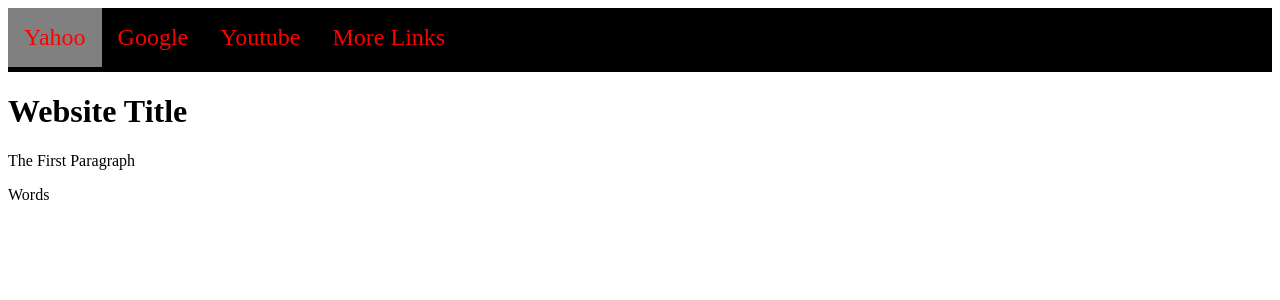
Repository: Kur0bane/Kur0bane.github.io
Page: index.html
The author's editor kept a record of every edit. The page is drawn from the files as they stood at one moment, then again after the next edit.
The browser window is 1280 px wide. The pictures show the whole page.
The pointer rests on the first visible `.navbar a`.

Above is the page before.

### index.html
<!DOCTYPE html>
<html>
<head>
    <title>Title of Page</title>

    <style>
        .navbar{
            background-color: black;
            width: 100%;
            height: 64px;
        }

        .navbar a, .morelinks{
            color: red;
            font-size: 24px;
            text-decoration: none;
            padding: 16px;
            float:left;
        }

        .navbar a:hover, .morelinks:hover{
            background-color: grey;
        }

        .morelinks: hover .dropdown-content{
            display: block;
        }

        .dropdown-content{
            position: absolute;
            z-index: 98;
            display: none;
        }

        .dropdown{
            background-color: grey;
        }

    </style>

</head>
<body>

 <div class="navbar">
    <a href="https://www.yahoo.com">Yahoo</a>
    <a href="https://www.google.com">Google</a>
    <a href="https://www.youtube.com">Youtube</a>
    <div class="dropdown">
        <div class="morelinks">More Links</div>
        <div class="dropdown-content">
            <a href="https://www.awseducate.com">AWS Educate</a>
            <a href="https://www.collegeboard.org">College Board</a>
            </div>
        </div>
    </div>

    <h1>Website Title</h1>
    <p>The First Paragraph</p>
    <p>Words</p>

</body>
</html>

After the next edit:
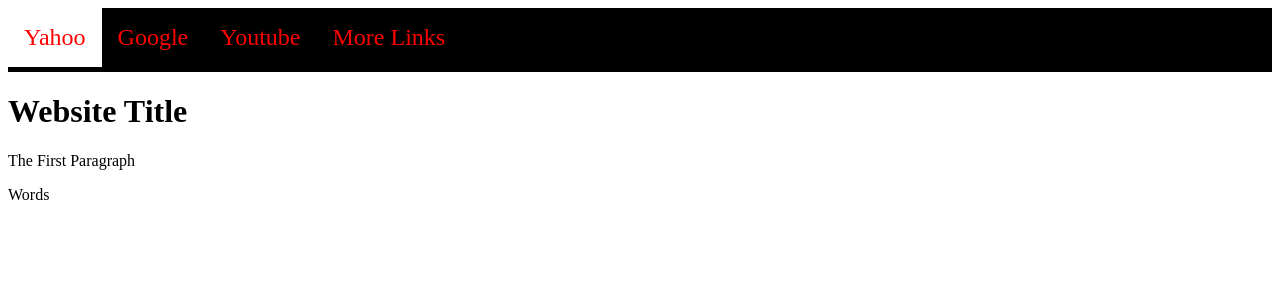
The edit:
--- a/index.html
+++ b/index.html
@@ -19,7 +19,7 @@
         }
 
         .navbar a:hover, .morelinks:hover{
-            background-color: grey;
+            background-color: white;
         }
 
         .morelinks: hover .dropdown-content{
